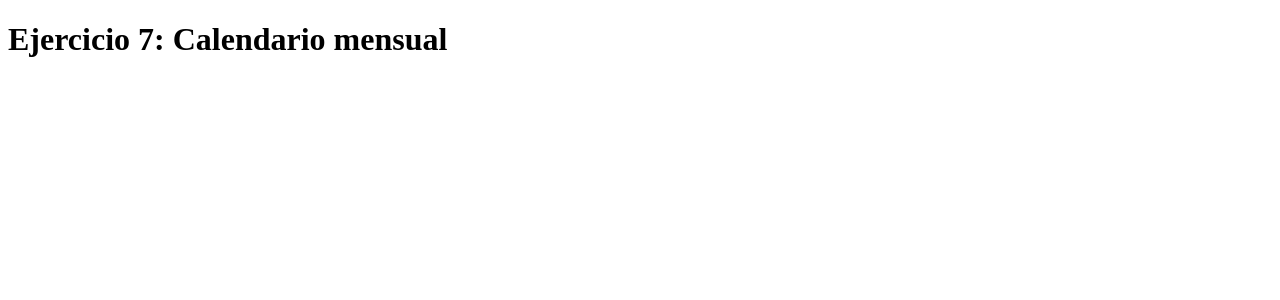
Repository: Ibizus/ejercicios_JSP
Page: http://localhost/ejercicios_Hector/ejercicio7/index.jsp
These files come from the project's save history. The page is drawn as it stood at one moment and after the next save; the edit follows.
The browser window is 1280 px wide. The pictures show the whole page.
The page is served by Tomcat 9.

Above is the page before, as saved 2023-11-13 13:26:27.

### ejercicios_Hector/src/main/webapp/ejercicio7/index.jsp
<%@ page language="java" contentType="text/html; charset=UTF-8"
    pageEncoding="UTF-8"%>
<%@page import="java.util.Calendar"%>
<!DOCTYPE html>
<html>
<head>
<meta charset="UTF-8">
<title>Ejercicio 7</title>
</head>
<body>
	<h1>Ejercicio 7: Calendario mensual</h1>

	<%
        // creating calendar object
        Calendar calendar = Calendar.getInstance();
	 %>

</body>
</html>

After the next save:
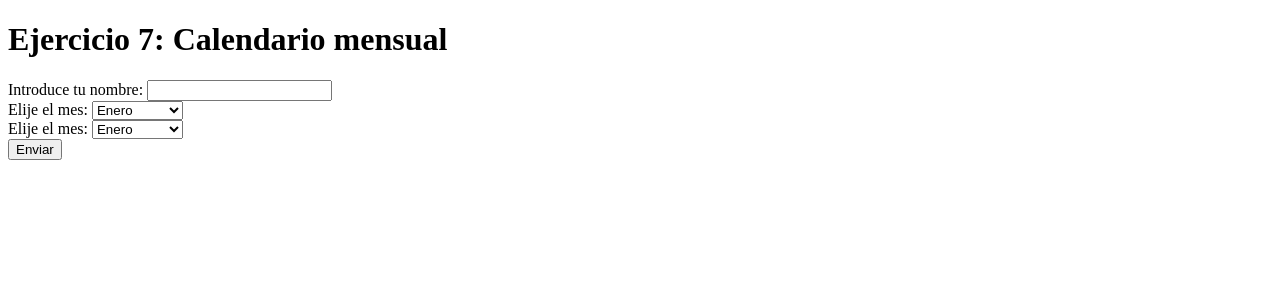
Saved 10 min 50 s later.
--- a/ejercicios_Hector/src/main/webapp/ejercicio7/index.jsp
+++ b/ejercicios_Hector/src/main/webapp/ejercicio7/index.jsp
@@ -10,10 +10,52 @@
 <body>
 	<h1>Ejercicio 7: Calendario mensual</h1>
 
+	<form method="post" action="calendario.jsp">
+		Introduce tu nombre:
+		<input type="text" name="nombre">
+		<br>
+		Elije el mes:
+		<select name="mes">
+			<option>Enero</option>
+			<option>Febrero</option>
+			<option>Marzo</option>
+			<option>Abril</option>
+			<option>Mayo</option>
+			<option>Junio</option>
+			<option>Julio</option>
+			<option>Agosto</option>
+			<option>Septiembre</option>
+			<option>Octubre</option>
+			<option>Noviembre</option>
+			<option>Diciembre</option>
+		</select>
+				<br>
+		Elije el mes:
+		<select name="mes">
+			<option>Enero</option>
+			<option>Febrero</option>
+			<option>Marzo</option>
+			<option>Abril</option>
+			<option>Mayo</option>
+			<option>Junio</option>
+			<option>Julio</option>
+			<option>Agosto</option>
+			<option>Septiembre</option>
+			<option>Octubre</option>
+			<option>Noviembre</option>
+			<option>Diciembre</option>
+		</select>
+		<br>
+		<input type="submit" value="Enviar">
+	</form>
+
 	<%
         // creating calendar object
         Calendar calendar = Calendar.getInstance();
 	 %>
 
+
+
+
 </body>
 </html>
